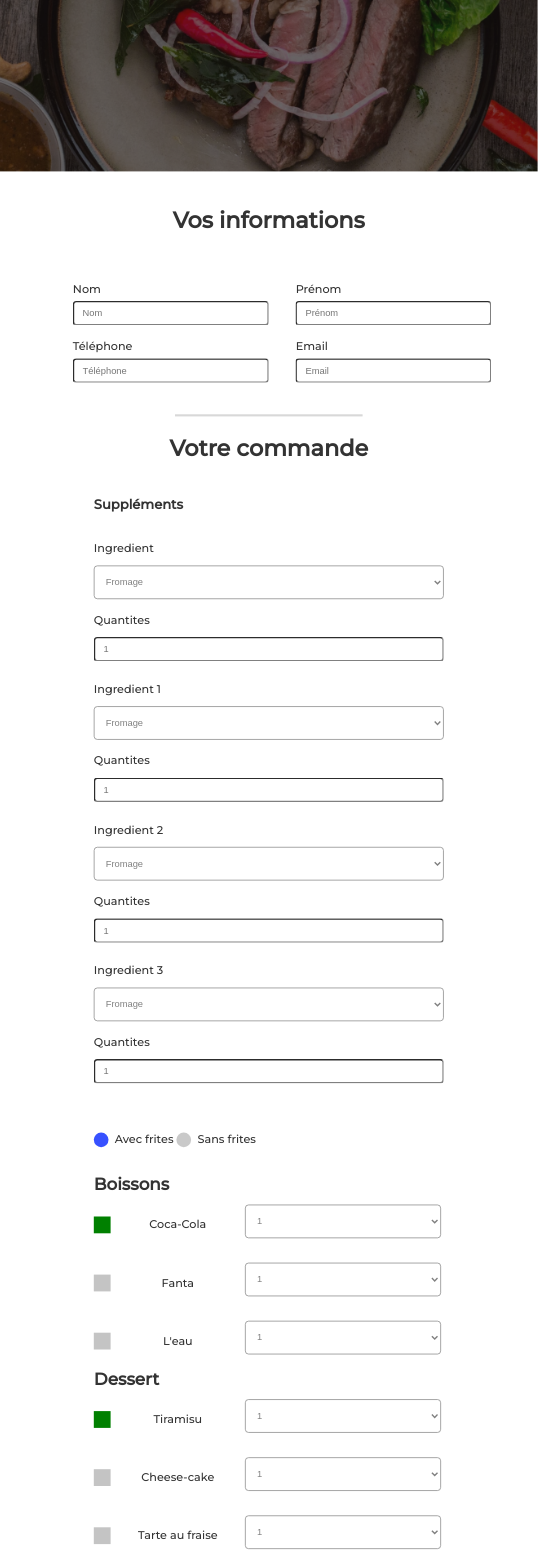
Repository: sisilass31/bella-olonje
Page: html/commande.html
An editor plug-in stored every save of this project. The page is shown before and after a run of saves, followed by the edit.
The browser window is 768 px wide. The pictures show the part of the page from y = 577 to 2817 px (the page is 3433 px tall before and 3383 px after), at 70% of full size.
Some web libraries are served in a nearby version.

Above is the page before, as saved 2023-02-15 09:26:08.

### html/commande.html
<!DOCTYPE html>
<html lang="fr">

<head>
  <meta charset="UTF-8">
  <meta http-equiv="X-UA-Compatible" content="IE=edge">
  <meta name="viewport" content="width=device-width, initial-scale=1.0">
  <link rel="stylesheet" href="https://pro.fontawesome.com/releases/v5.10.0/css/all.css">
  <link rel="stylesheet" href="../css/commande.css">
  <title>Votre commande</title>
</head>

<body>

  <header>
    <nav>
      <ul class='nav-bar'>
        <li class='logo'><a href='#'><img src="../img/logo.png" alt="jsp"></a></li>
        <input type='checkbox' id='check' />
        <span class="menu">
          <li><a href="index.html" class="nav-link">Home</a></li>
          <li><a href="#pizza" class="nav-link">Pizzas</a></li>
          <li><a href="#burger" class="nav-link">Burgers</a></li>
          <li><a href="#salades" class="nav-link">Salades</a></li>
          <li><a href="index3.html" class="nav-link">Contact</a></li>
          <label for="check" class="close-menu"><i class="fas fa-times"></i></label>
        </span>
        <label for="check" class="open-menu"><i class="fas fa-bars"></i></label>
      </ul>
    </nav>

    <div class="food_app">
      <div class="title_food_app">
        <h3>Food app</h3>
        <strong>Chez Bella <br>chaque désir s'additionne.</strong>
      </div>
    </div>
  </header>

  <main>
    <div class="infos" id="form-infos">
      <form>
        <h1>Vos informations</h1>

        <div class="grp_infos">
          <div class="nom_prenom">
            <div class="label1">
              <label class="label_nom">Nom</label><br>
              <input type="text" placeholder="Nom">
            </div>
            <div class="label1">
              <label class="label_nom">Prénom</label><br>
              <input type="text" placeholder="Prénom">
            </div>
          </div>

          <div class="telephone_email">
            <div class="label1">
              <label class="label_nom">Téléphone</label><br>
              <input type="text" placeholder="Téléphone">
            </div>
            <div class="label1">
              <label class="label_nom">Email</label><br>
              <input type="text" placeholder="Email">
            </div>
          </div>
        </div>
      </form>
    </div>

    <hr>

    <div class="commande">
      <form>
        <h1>Votre commande</h1>
        <h3>Suppléments</h3>
        <div class="grp_suppliment">
          <div class="ingredient_quantite">
            <div class="fromage">
              <label>Ingredient</label><br>
              <select name="ingr" class="suppléments">
                <option value="fromage">Fromage</option>
                <option value="fromage">Fromage</option>
                <option value="fromage">Fromage</option>
                <option value="fromage">Fromage</option>
                <option value="fromage">Fromage</option>
                <option value="fromage">Fromage</option>
                <option value="fromage">Fromage</option>
              </select>
            </div>
            <div class="box">
              <label>Quantites</label><br>
              <input type="number" min="0" placeholder="1">
            </div>
          </div>

          <div class="ingredient_quantite">
            <div class="fromage">
              <label>Ingredient 1</label><br>
              <select name="ingr" class="suppléments">
                <option value="fromage">Fromage</option>
                <option value="fromage">Fromage</option>
                <option value="fromage">Fromage</option>
                <option value="fromage">Fromage</option>
                <option value="fromage">Fromage</option>
                <option value="fromage">Fromage</option>
                <option value="fromage">Fromage</option>
              </select>
            </div>
            <div class="box">
              <label>Quantites</label><br>
              <input type="number" min="0" placeholder="1">
            </div>
          </div>

          <div class="ingredient_quantite">
            <div class="fromage">
              <label>Ingredient 2</label><br>
              <select name="ingr" class="suppléments">
                <option value="fromage">Fromage</option>
                <option value="fromage">Fromage</option>
                <option value="fromage">Fromage</option>
                <option value="fromage">Fromage</option>
                <option value="fromage">Fromage</option>
                <option value="fromage">Fromage</option>
                <option value="fromage">Fromage</option>
              </select>
            </div>
            <div class="box">
              <label>Quantites</label><br>
              <input type="number" min="0" placeholder="1">
            </div>
          </div>

          <div class="ingredient_quantite">
            <div class="fromage">
              <label>Ingredient 3</label><br>
              <select name="ingr" class="suppléments">
                <option value="fromage">Fromage</option>
                <option value="fromage">Fromage</option>
                <option value="fromage">Fromage</option>
                <option value="fromage">Fromage</option>
                <option value="fromage">Fromage</option>
                <option value="fromage">Fromage</option>
                <option value="fromage">Fromage</option>
              </select>
            </div>
            <div class="box">
              <label>Quantites</label><br>
              <input type="number" min="0" placeholder="1">
            </div>
          </div>
        </div>


        <div class="check2">
          <label class="container">Avec frites
            <input type="radio" checked="checked" name="radio">
            <span class="checkmark"></span>
          </label>
          <label class="container">Sans frites
            <input type="radio" name="radio">
            <span class="checkmark"></span>
          </label>
        </div>


        <div class="all">
          <div class="content_of_boisson">
            <h2>Boissons</h2>
            <div class="boissons">
              <div class="carre"></div>
              <label>Coca-Cola</label>
              <select name="Fromage" class="Fromage" style="margin-top: 10px;">
                <option value="">1</option>
                <option value="">2</option>
                <option value="">3</option>
                <option value="">4</option>
              </select>
            </div>
            <div class="boissons">
              <div class="carre grey"></div>
              <label>Fanta</label>
              <select name="Fromage" class="Fromage" style="margin-top: 10px;">
                <option value="">1</option>
                <option value="">2</option>
                <option value="">3</option>
                <option value="">4</option>
              </select>
            </div>
            <div class="boissons">
              <div class="carre grey"></div>
              <label>L'eau</label>
              <select name="Fromage" class="Fromage" style="margin-top: 10px;">
                <option value="">1</option>
                <option value="">2</option>
                <option value="">3</option>
                <option value="">4</option>
              </select>
            </div>
          </div>

          <div class="content_of_dessert">
            <h2>Dessert</h2>
            <div class="boissons dessert">
              <div class="carre"></div>
              <label>Tiramisu</label>
              <select name="Fromage" class="Fromage" style="margin-top: 10px;">
                <option value="">1</option>
                <option value="">2</option>
                <option value="">3</option>
                <option value="">4</option>
              </select>
            </div>
            <div class="boissons dessert">
              <div class="carre grey"></div>
              <label>Cheese-cake</label>
              <select name="Fromage" class="Fromage" style="margin-top: 10px;">
                <option value="">1</option>
                <option value="">2</option>
                <option value="">3</option>
                <option value="">4</option>
              </select>
            </div>
            <div class="boissons dessert">
              <div class="carre grey"></div>
              <label>Tarte au fraise</label>
              <select name="Fromage" class="Fromage" style="margin-top: 10px;">
                <option value="">1</option>
                <option value="">2</option>
                <option value="">3</option>
                <option value="">4</option>
              </select>
            </div>
          </div>
        </div>

      </form>
    </div>

    <hr>

    <div class="livraison">
      <form>
        <h1>Adresse de livraison</h1>
        <div class="grp_infos">
          <div class="nom_prenom">
            <div class="label1">
              <label class="label_nom">Nom</label><br>
              <input type="text" placeholder="Nom">
            </div>
            <div class="label1">
              <label class="label_nom">Prénom</label><br>
              <input type="text" placeholder="Prénom">
            </div>
          </div>

          <div class="telephone_email">
            <div class="label1">
              <label class="label_nom">Téléphone</label><br>
              <input type="text" placeholder="Téléphone">
            </div>
            <div class="label1">
              <label class="label_nom">Email</label><br>
              <input type="text" placeholder="Email">
            </div>
          </div>
          <div class="nom_prenom">
            <div class="label1">
              <label class="label_nom">Adresse</label><br>
              <input type="text" placeholder="Adresse">
            </div>
            <div class="label1">
              <label class="label_nom">Code postale</label><br>
              <input type="text" placeholder="Code postale">
            </div>
          </div>

          <div class="telephone_email">
            <div class="label1">
              <label class="label_nom">Ville</label><br>
              <input type="text" placeholder="Ville">
            </div>
            <div class="label1">
              <label class="label_nom">Pays</label><br>
              <input type="text" placeholder="Pays">
            </div>
          </div>
        </div>
        <div class="div_button"><button class="button" type="button">Envoyer</button></div>
      </form>

    </div>
  </main>

</body>

### css/commande.css
@import url('https://fonts.googleapis.com/css2?family=Montserrat:wght@100;200;500&display=swap');

* {
    margin: 0px;
    padding: 0px;
    scroll-behavior: smooth;
    box-sizing: border-box;
}

html,
body {
    font-family: Montserrat, sans-serif;
    background-size: cover;
    background-position: center;
    height: 100vh;
    background-repeat: no-repeat;
    scroll-behavior: smooth;
}

/*navbar*/
.nav-bar {
    width: 100%;
    display: flex;
    justify-content: space-between;
    align-items: center;
    list-style: none;
    position: relative;
    background-color: #FFF;
    padding: 12px 20px;
}

.logo img {
    width: 150px;
}

.menu {
    display: flex;
}

.menu li {
    padding-left: 30px;
    padding-right: 55px;
}

.menu li a {
    display: inline-block;
    text-decoration: none;
    color: #333;
    text-align: center;
    position: relative;
}

.menu li a:hover {
    color: #FA4A0C;
}

.open-menu {
    position: absolute;
    color: #FA4A0C;
    cursor: pointer;
    font-size: 1.5rem;
    display: none;
}

.close-menu {
    position: absolute;
    color: #333;
    cursor: pointer;
    font-size: 1.5rem;
    display: none;
    padding: 10px;
}

.open-menu {
    top: 50%;
    right: 20px;
    transform: translateY(-50%);
}

.close-menu {
    top: 20px;
    right: 20px;
}

#check {
    display: none;
}

@media(max-width: 920px) {
    .menu {
        flex-direction: column;
        align-items: center;
        width: 60%;
        height: 100vh;
        position: fixed;
        top: 0;
        right: -100%;
        z-index: 100;
        background-color: rgb(152, 152, 152);
        ;
        transition: all 0.2s ease-in-out;
        padding-top: 100px;
    }

    .menu li {
        margin-top: 40px;
    }

    .menu li a {
        padding: 10px;
        color: #FFF;
    }

    .open-menu {
        display: block;
        padding-right: 25px;
        padding-top: 13px;
    }

    .close-menu {
        display: block;
        color: #FFF;
        padding-right: 25px;
        padding-top: 22px;
    }

    #check:checked~.menu {
        right: 0;
    }

    .menu li a:hover {
        color: #333;
    }

    .nav-link {
        font-family: Montserrat;
        letter-spacing: .8px;
    }
}

/*navbar*/


/*food_app*/
.title_food_app {
    padding-top: 50px;
}

.food_app {
    background-image: url(../img/food_app.png);
    min-height: 90vh;
    background-repeat: no-repeat;
    background-position: center;
    background-size: cover;
}

.title_food_app h3 {
    font-family: 'Montserrat';
    font-style: normal;
    font-weight: 550;
    font-size: 24px;
    line-height: 36px;
    text-align: center;
    letter-spacing: 0.1px;
    color: #F7F7F7;
    padding-top: 50px;
}

.title_food_app {

    font-family: Montserrat;
    font-style: normal;
    font-weight: 600;
    font-size: 58px;
    line-height: 80px;
    text-align: center;
    letter-spacing: 0.2px;
    color: #FFFFFF;
}

.title_pizza {
    display: flex;
    justify-content: center;
    color: #000000;
}

/*food_app*/


/*infos*/


.ingredient_quantite {
    display: flex;
    flex-direction: row;
    justify-content: flex-start;
    gap: 20%;
    margin-bottom: 10px;
}


main {
    color: #333333;
}

.label1 input {
    width: 280px;
    height: 35px;
    margin-bottom: 20px;
    margin-top: 8px;
    padding: 5px 12px;
    color: grey;
    border-radius: 5px;
    border-color: gray;
}


.infos h1 {
    padding-top: 50px;
    padding-bottom: 30px;
    margin-left: 65px;
}

hr {
    height: 3px;
    background-color: #d8d8d8;
    border: none;
    margin: 25px 250px 25px;
}

.nom_prenom {
    display: flex;
    justify-content: space-between;
    padding: 0px 600px 28px 65px;
}

.telephone_email {
    display: flex;
    justify-content: space-between;
    padding: 0px 600px 28px 65px;
}

/*infos*/

/*livraison*/

.livraison h1 {
    margin-left: 65px;
    padding-top: 30px;
    padding-bottom: 50px;
}

/*livraison*/

/*commande*/
.suppléments {
    width: 280px;
    height: 48px;
    margin-bottom: 20px;
    margin-top: 15px;
    padding: 5px 12px;
    color: grey;
    border-radius: 5px;
    border-color: gray;
    background-color: #FFFFFF;
}


.commande {
    margin-left: 65px;
}

.commande h1 {
    padding-top: 30px;
}

.commande h3 {
    padding-top: 50px;
    padding-bottom: 42px;
}

.box input {
    width: 280px;
    height: 35px;
    margin-bottom: 20px;
    margin-top: 15px;
    padding: 5px 12px;
    color: grey;
    border-radius: 5px;
    border-color: gray;
}

.boissons_dessert {
    display: flex;
    flex-direction: row;
}

/*commande*/


.div_button {
    padding: 50px 150px 70px 0px;
    display: flex;
    justify-content: flex-end;
}

button {
    border: 0;
    line-height: 2.5;
    width: 120px;
    padding: 0 18px;
    font-size: 18px;
    text-align: center;
    color: #fff;
    border-radius: 20px;
    background-color: #FA4A0C;
    box-shadow: 1px 1px 5px #B73227;
}


/*dessert et boissons*/

.avec,
.sans {
    display: flex;
    flex-direction: row;
    justify-content: space-around;
    width: 150px;
    height: 40px;
    align-items: center;
}

.sans_f {
    padding-top: 39px;
    padding-left: 50px;
}

.avec_f {
    padding-left: 10px;
}



.boissons {
    display: flex;
    align-items: center;
    justify-content: space-between;
    width: 31rem;
    padding-top: 5px;
}

.carre {
    width: 24px;
    height: 24px;
    background-color: green;
}

.carre.grey {
    background-color: #C4C4C4;
}

.all {
    display: flex;
}

.content_of_dessert {
    margin-left: 186px;
}

.Fromage {
    padding: 7px;
    border-radius: 5px;
    width: 280px;
    height: 48px;
    margin-bottom: 20px;
    margin-top: 8px;
    padding: 5px 12px;
    color: grey;
    border-radius: 5px;
    border-color: gray;
    background-color: #FFFFFF;
}

/*dessert et boissons*/


/*checkbox*/
.check2 {
    padding-top: 40px;
    padding-bottom: 40px;
}

.container {
    position: relative;
    cursor: pointer;
    font-size: 16px;
    padding-left: 30px;
}

.container input {
    position: absolute;
    opacity: 0;
    cursor: pointer;
}

.checkmark {
    position: absolute;
    top: 0;
    left: 0;
    height: 21px;
    width: 21px;
    background-color: rgba(176, 176, 176, 0.677);
    border-radius: 50%;
}


.container input:checked~.checkmark {
    background-color: #3751FF;
}

.checkmark:after {
    position: absolute;
    display: none;
}

.container input:checked~.checkmark:after {
    display: block;
}

.container .checkmark:after {
    top: 9px;
    left: 9px;
    width: 8px;
    background: white;
}

/*checkbox*/

/*responsive*/
@media (max-width:767px) {
    .grp_infos {
        display: flex;
    }

    .nom_prenom {
        flex-direction: column;
        justify-content: center;
        padding: 0;
        margin-left: 5%;
    }

    .telephone_email {
        flex-direction: column;
        justify-content: center;
        padding: 0;
        margin-left: 5%;
    }

    .content_of_dessert {
        margin-left: 0px;
    }

    .all {
        flex-direction: column;
    }
}

/* Ipad Mini to ipad */
@media screen and (min-width:768px) and (max-width:991px) {
    .grp_infos {
        display: flex;
        flex-direction: column;
        justify-content: center;
        margin-top: 5%;
    }

    .label1 {
        margin-left: 5%;
    }

    .infos h1 {
        padding: 50px;
        margin: 0;
        display: flex;
        justify-content: center;
    }

    .livraison h1 {
        padding: 0;
        margin: 0;
        display: flex;
        justify-content: center;
    }

    .nom_prenom {
        justify-content: center;
        padding: 0;
    }

    .telephone_email {
        justify-content: center;
        padding: 0;
    }

    .content_of_dessert {
        margin-left: 0px;
    }

    .all {
        display: flex;
        flex-direction: column;
        margin: 0;
    }

    form {
        display: flex;
        flex-direction: column;
    }

    .commande h1 {
        padding-top: 0;
        display: flex;
        justify-content: center;
    }

    .commande {
        margin-left: 0;
        display: flex;
        justify-content: center;
    }

    .ingredient_quantite {
        flex-direction: column;
    }

    .suppléments {
        width: 500px;
    }

    .box input {
        width: 500px;
    }
    .infos h1 {
        padding: 50px;
        }
        }
        .infos h1 {
        padding-bottom: 30px;
        }
}

/* Ipad et Mini Ordi */
@media screen and (min-width:992px) and (max-width:1199px) {}

/*responsive*/

After the next 4 saves:
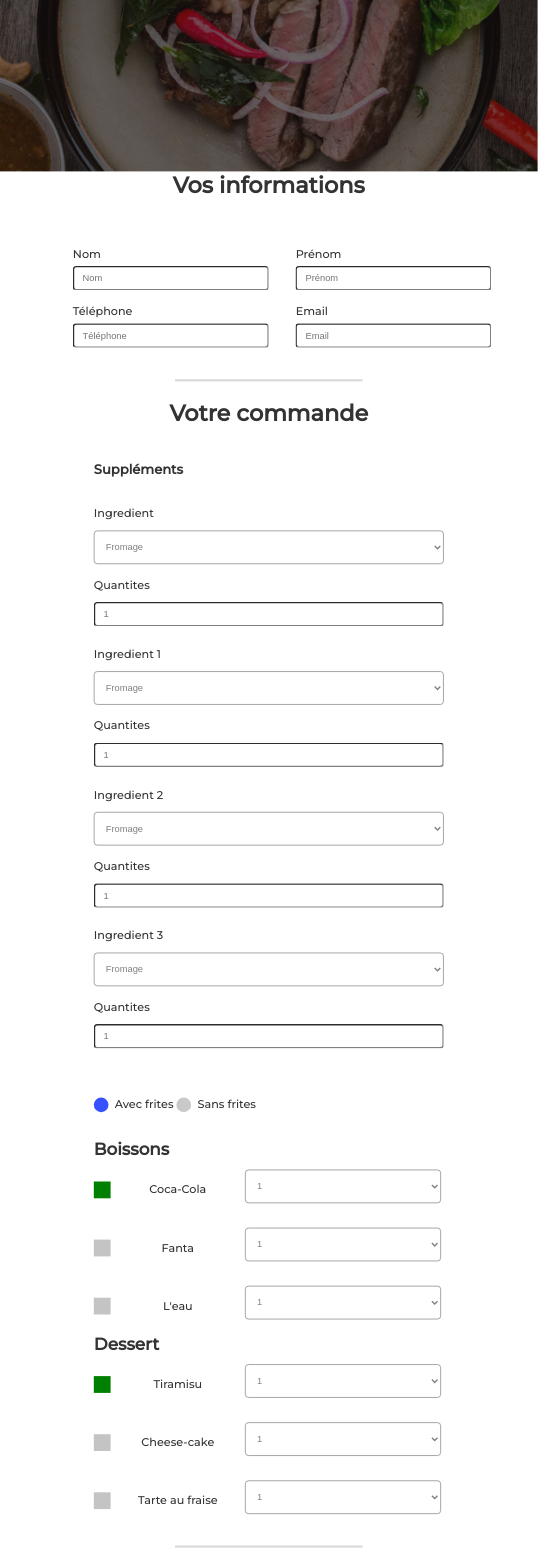
The 4 saves are shown as one change because they came seconds apart.
The last was saved 12 s later.
--- a/css/commande.css
+++ b/css/commande.css
@@ -541,12 +541,12 @@ button {
         width: 500px;
     }
     .infos h1 {
-        padding: 50px;
-        }
-        }
-        .infos h1 {
-        padding-bottom: 30px;
-        }
+padding: 0px;
+
+}
+.infos h1 {
+padding-bottom: 30px;
+}
 }
 
 /* Ipad et Mini Ordi */
